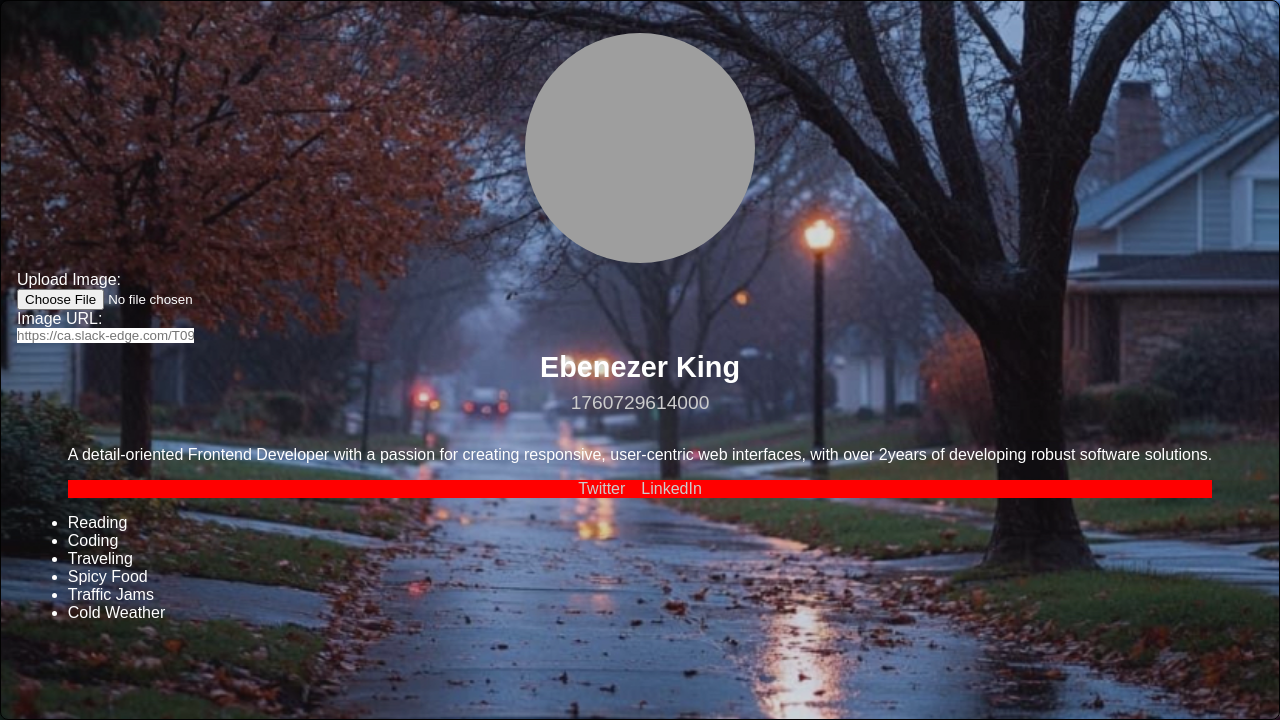
Repository: ebenezertiewei/profileCard
Page: index.html
An editor plug-in stored every save of this project. The page is shown before and after the next save, followed by the edit.
The browser window is 1280 px wide. The pictures show the whole page.
Pictures or frames that could not be fetched are drawn as grey boxes.

Above is the page before, as saved 2025-10-17 19:39:08.

After the next save:
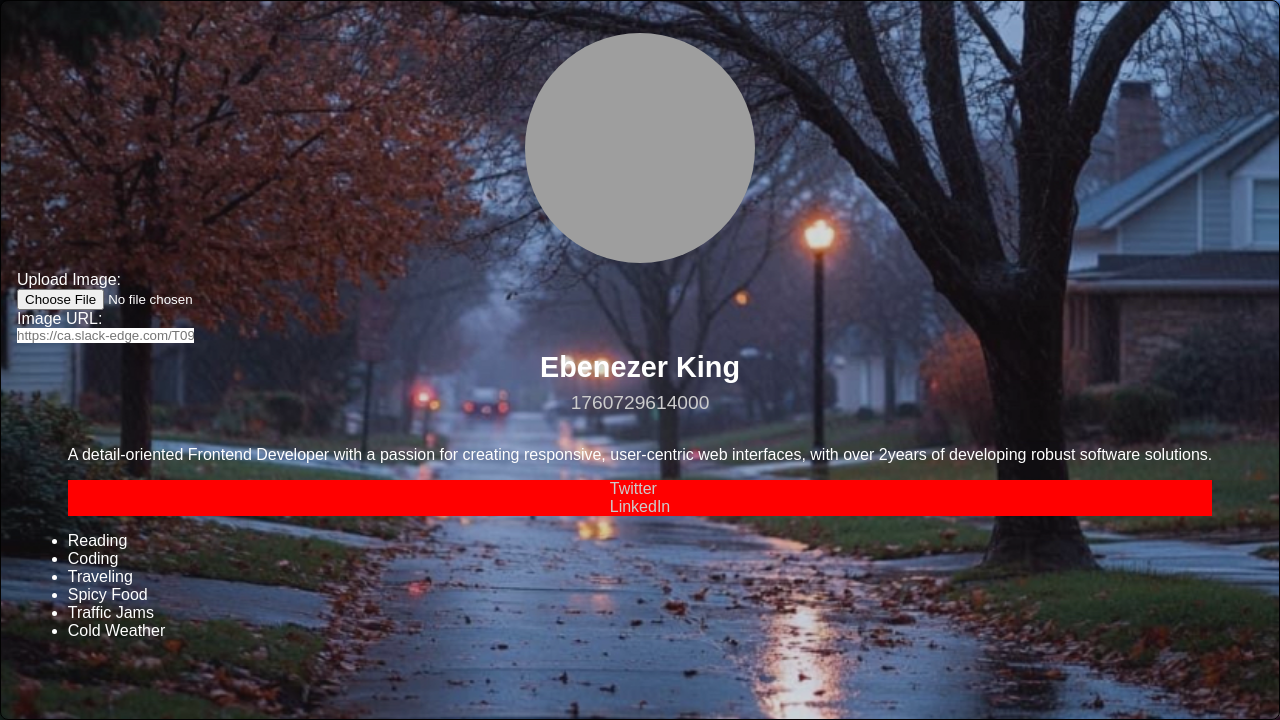
Saved 4 min 42 s later.
--- a/style.css
+++ b/style.css
@@ -96,8 +96,7 @@ article[data-testid="test-profile-card"] {
 	background-color: red;
 }
 #profileDetails nav[data-testid="test-user-social-links"] ul {
-	display: flex;
-	flex-direction: row;
+
 	list-style: none;
 }
 #profileDetails nav[data-testid="test-user-social-links"] li {
